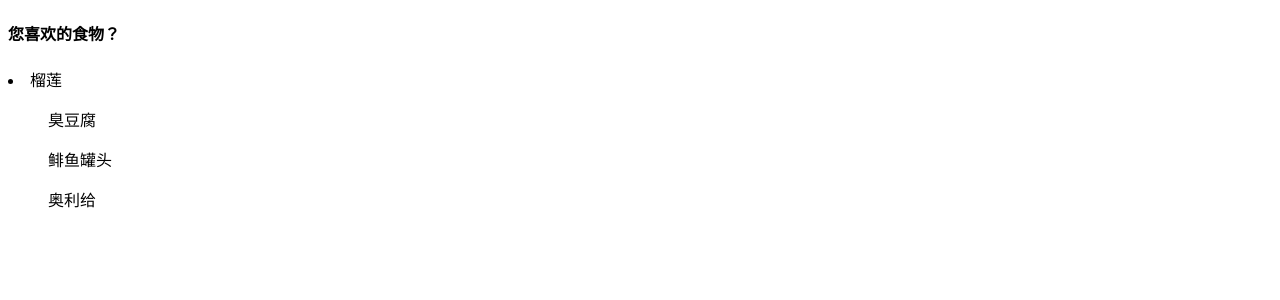
Repository: 129021/Front-end-learning
Page: 第2天/06-无序列表.html
The author's editor kept a copy of each file at every save. The page is drawn from the files as they stood at one save, then again after the next save.
The browser window is 1280 px wide. The pictures show the whole page.

Above is the page before, as saved 2021-10-15 20:22:01.

After the next save:
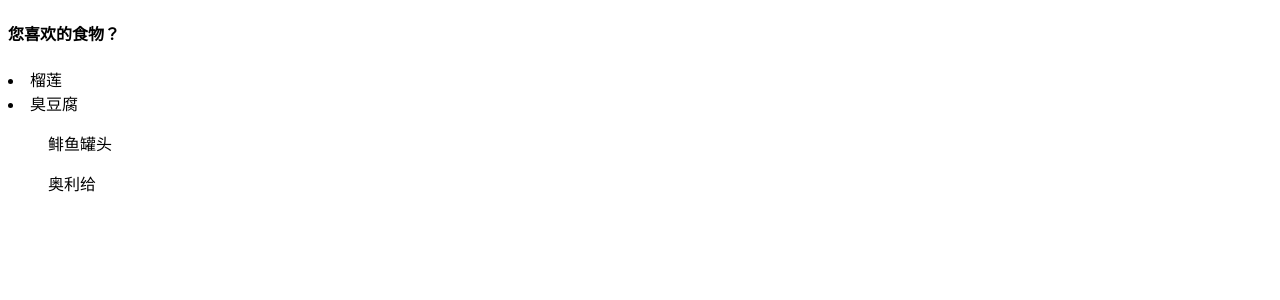
Saved 9 s later.
--- a/第2天/06-无序列表.html
+++ b/第2天/06-无序列表.html
@@ -12,7 +12,7 @@
     <h4>您喜欢的食物？</h4>
     <ul></ul>
     <li>榴莲</li>
-    <ul>臭豆腐</ul>
+    <li>臭豆腐</li>
     <ul>鲱鱼罐头</ul>
     <ul>奥利给</ul>
 </body>
